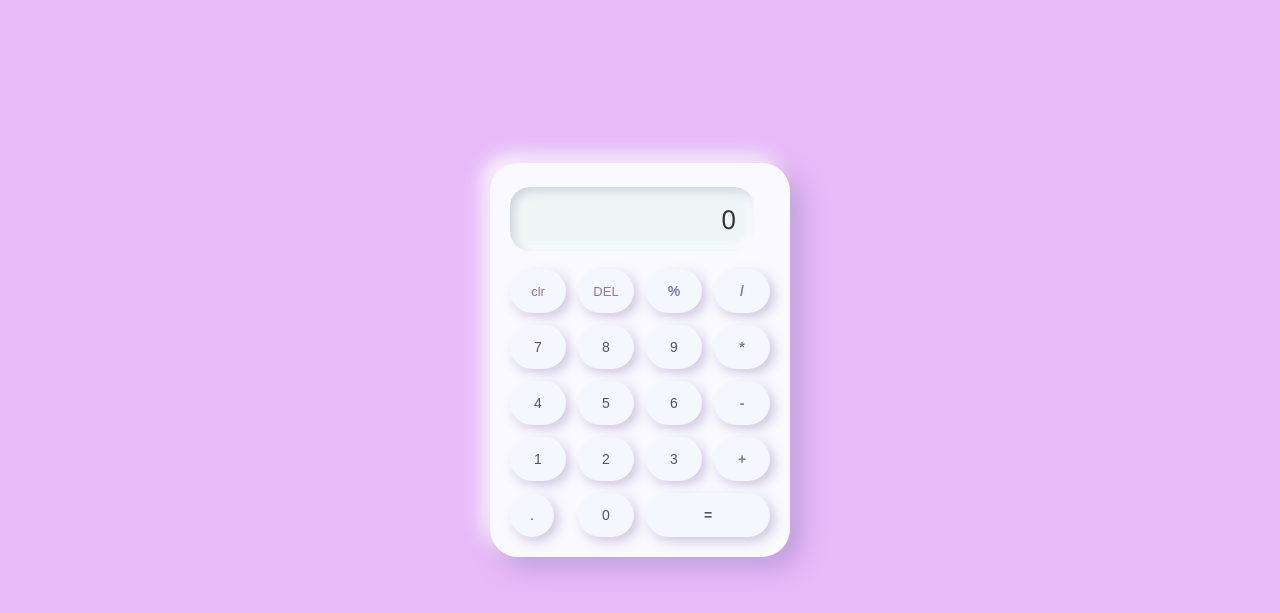
Repository: meti-guda/simple-calculator
Page: index.html
The author's editor kept a copy of each file at every save. The page is drawn from the files as they stood at one save, then again after the next save.
The browser window is 1280 px wide. The pictures show the whole page.

Above is the page before, as saved 2025-12-11 12:22:10.

After the next save:
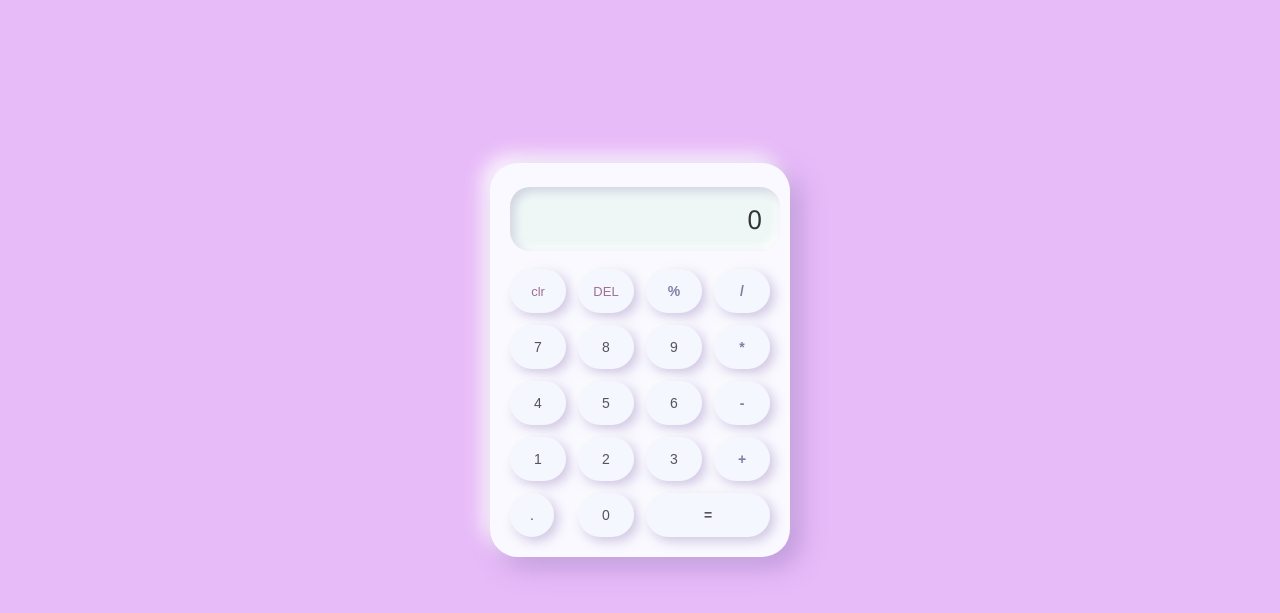
Saved 7 s later.
--- a/style.css
+++ b/style.css
@@ -27,7 +27,7 @@ body {
 /* Display */
 
 .display {
-  width: 80%;
+  width: 90%;
   height: 64px;
   border-radius: 20px;
   background: #eef6f6;
